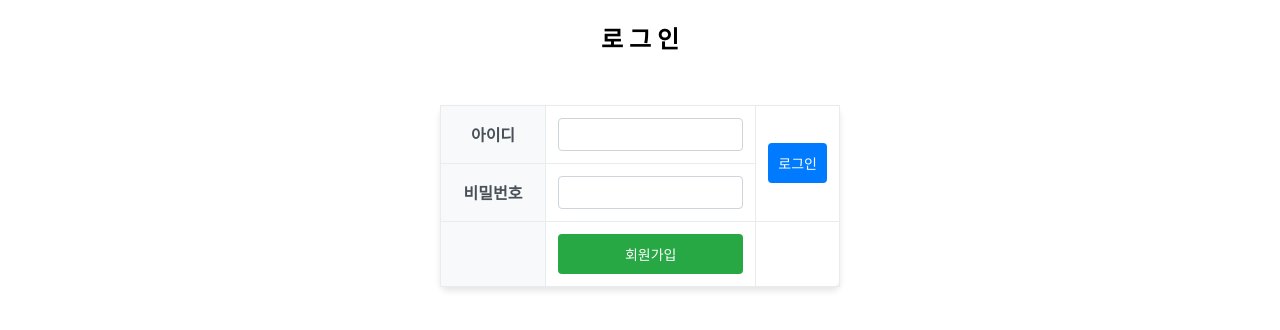
Repository: 1plus1equals3-true/Board-temp
Page: http://localhost/jsp/member/Login.jsp
The author's editor kept a copy of each file at every save. The page is drawn from the files as they stood at one save, then again after the next save.
The browser window is 1280 px wide. The pictures show the whole page.
The page is served by Tomcat 9.

Above is the page before, as saved 2025-09-10 06:03:27.

After the next save:
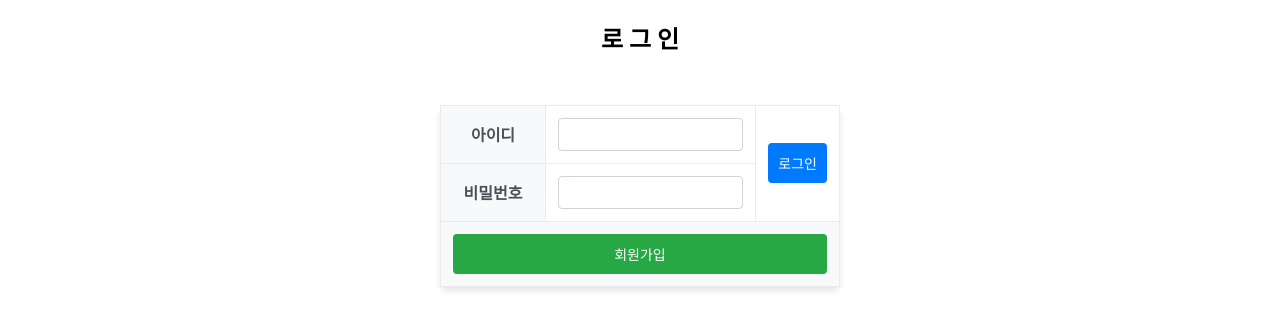
Saved 51 s later.
--- a/jsp/src/main/webapp/member/Login.jsp
+++ b/jsp/src/main/webapp/member/Login.jsp
@@ -107,9 +107,9 @@
 		</tr>
 
 		<tr>
-		<td></td>
-		<td><a href="Join.jsp"><button type="button" class="btn-join">회원가입</button></a></td>
-		<td></td>
+
+		<td colspan="3"><a href="Join.jsp"><button type="button" class="btn-join">회원가입</button></a></td>
+
 		</tr>
 
 		</table>
